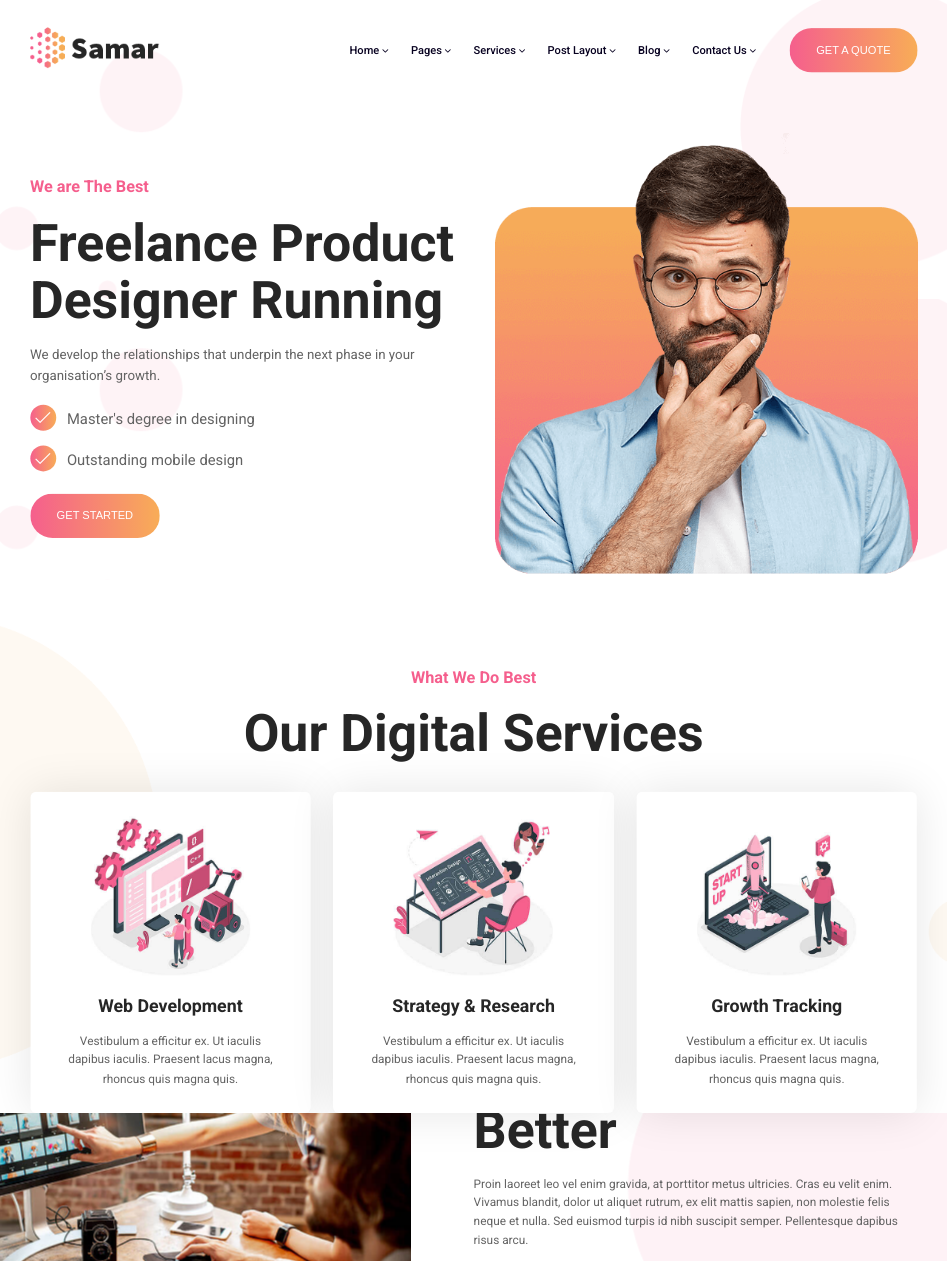
Repository: ducdatit2002/samar
Page: index.html
These files come from the project's save history. The page is drawn as it stood at one moment and after the next save; the edit follows.
The browser window is 1280 px wide. The pictures show the whole page, at 74% of full size.

Above is the page before, as saved 2023-07-27 09:21:00.

After the next save:
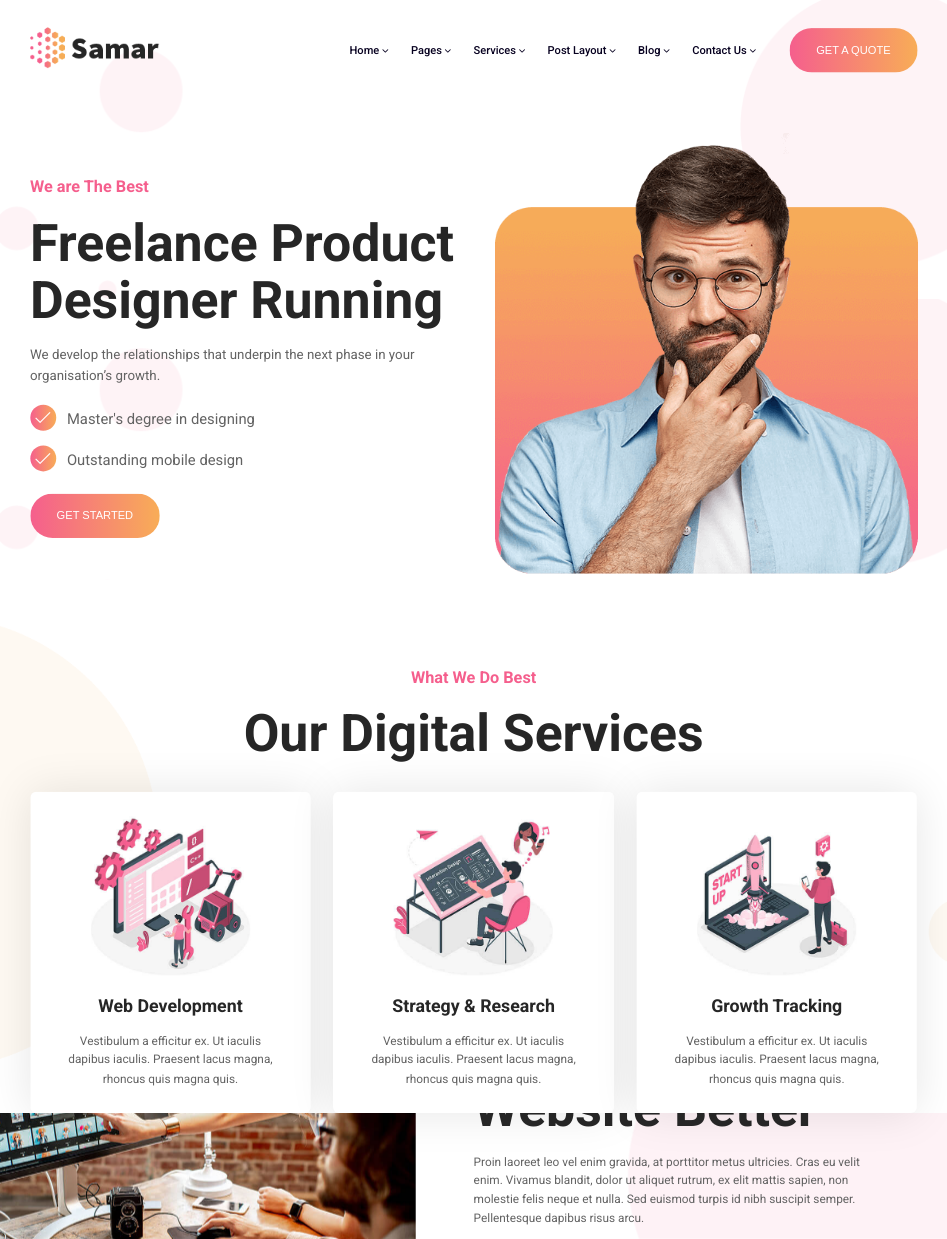
Saved 55 s later.
--- a/index.css
+++ b/index.css
@@ -191,7 +191,7 @@ header {
     background-size: 100%;
     background-position: center right;
     background-repeat: no-repeat;
-    padding-bottom: 85px;
+    padding: 85px;
     overflow: hidden;
 }
 .aboutUs__content {
